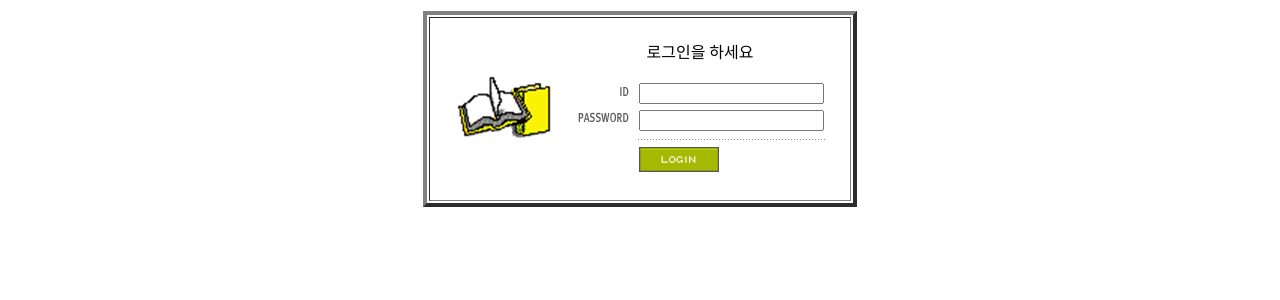
Repository: BaekDoHyeon/Kosta_04_FrontStudy
Page: work05_BackEnd/workshop08_2/src/main/webapp/login.html
These files come from the project's save history. The page is drawn as it stood at one moment and after the next save; the edit follows.
The browser window is 1280 px wide. The pictures show the whole page.

Above is the page before, as saved 2024-09-04 00:48:27.

### work05_BackEnd/workshop08_2/src/main/webapp/login.html
<!DOCTYPE html>
<html>
<head>
<meta charset="UTF-8">
<title>Insert title here</title>
<script>
	function Login() {
		if(document.loginFrm.id.value=="") {
			alert("ID를 입력하세요");
			document.loginFrm.user.focus();
		} else if(document.loginFrm.password.value=="") {
			alert("PASSWORD를 입력하세요");
			document.loginFrm.pass.focus();
		} else{
			document.loginFrm.submit();
		}
	}
</script>
</head>
<body>
<table width="100%" height="100%">
	<tr>
		<td align="center">
		<table border="4" width="434" height="180">
			<tr><td align="center">
			<table width="400" height="180">
				<tr>
				<td width=107><img src="image/book.bmp" border="0"></td>
				<td width=281 height="150">

					<!--  로그 입력창-->

					<form method="post" action="front.do?command=login" name="loginFrm">
					<center><font size="3" face="굴림">로그인을 하세요</font></center>
					<p><p><p>
					<table align="center">
						<tr>
							<td><img src="image/id_id.gif" border="0"></td>
							<td><input type="text" name="id" class="input" onkeypress="if (event.keyCode==13) Login();" style="width:120;height:20;"></td>
						</tr>
						<tr>
							<td><img src="image/id_pass.gif" border="0"></td> <!-- 수정... password -> pass -->
							<td><input type="password" name="pass" class="input" onkeypress="if (event.keyCode==13) Login();" style="width:120;height:20;"></td>
						</tr>
					<tr/><tr>
					<td></td>
					<td height="5" background="image/line.gif"></td>
					</tr><tr>
					<td></td>
					<td><a href="Javascript:Login();"><img src="image/butt_login.gif" border="0" width="80" height="25"></a></td>
					</tr>
					</table>
					</form>

					<!-- 로그인 입력 끝 -->
				</td></tr></table>
		</td></tr></table>
</body>
</html>

After the next save:
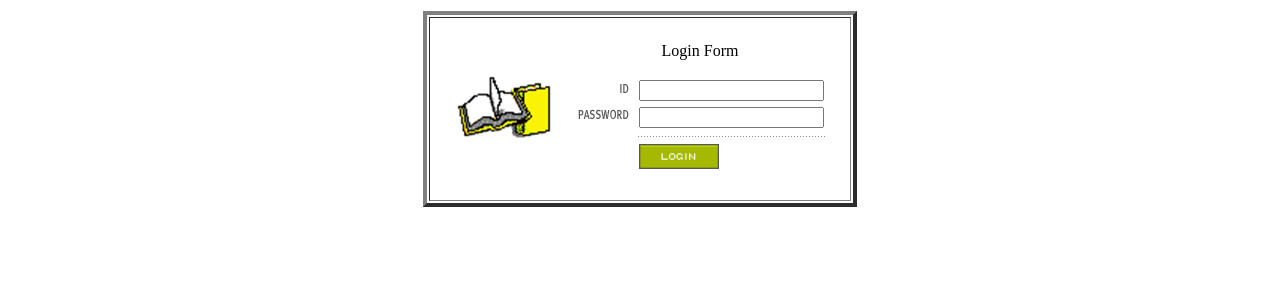
Saved 31 s later.
--- a/work05_BackEnd/workshop08_2/src/main/webapp/login.html
+++ b/work05_BackEnd/workshop08_2/src/main/webapp/login.html
@@ -31,7 +31,7 @@
 					<!--  로그 입력창-->
 
 					<form method="post" action="front.do?command=login" name="loginFrm">
-					<center><font size="3" face="굴림">로그인을 하세요</font></center>
+					<center><font size="3" face="굴림">Login Form</font></center>
 					<p><p><p>
 					<table align="center">
 						<tr>
